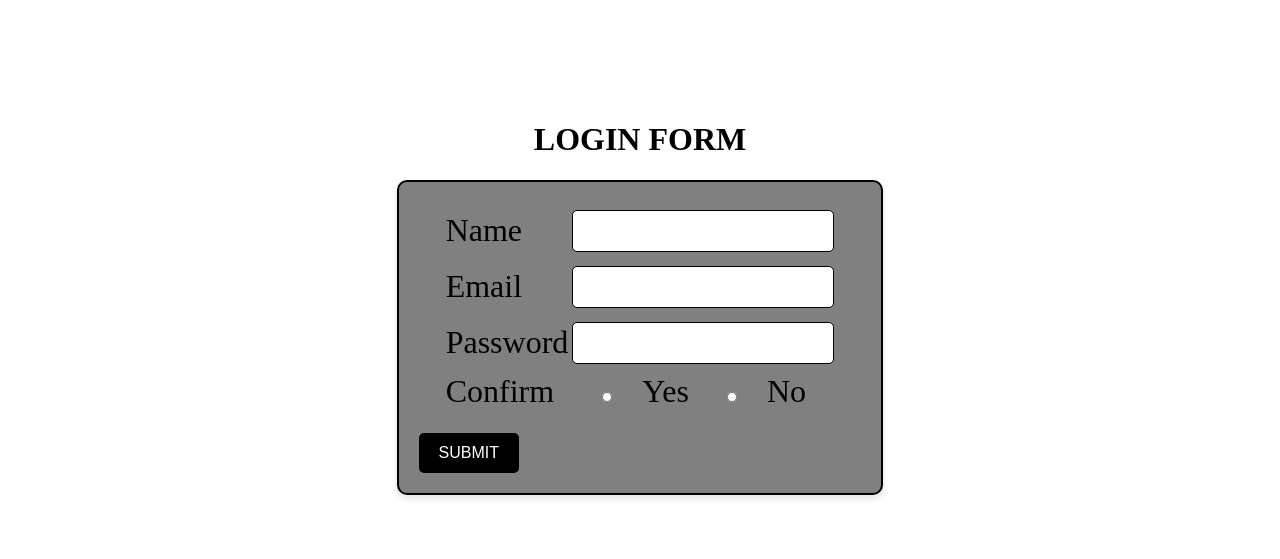
Repository: obusakthi539/Loginform
Page: Form.html
An editor plug-in stored every save of this project. The page is shown before and after the next save, followed by the edit.
The browser window is 1280 px wide. The pictures show the whole page.

Above is the page before, as saved 2025-01-10 18:30:38.

After the next save:
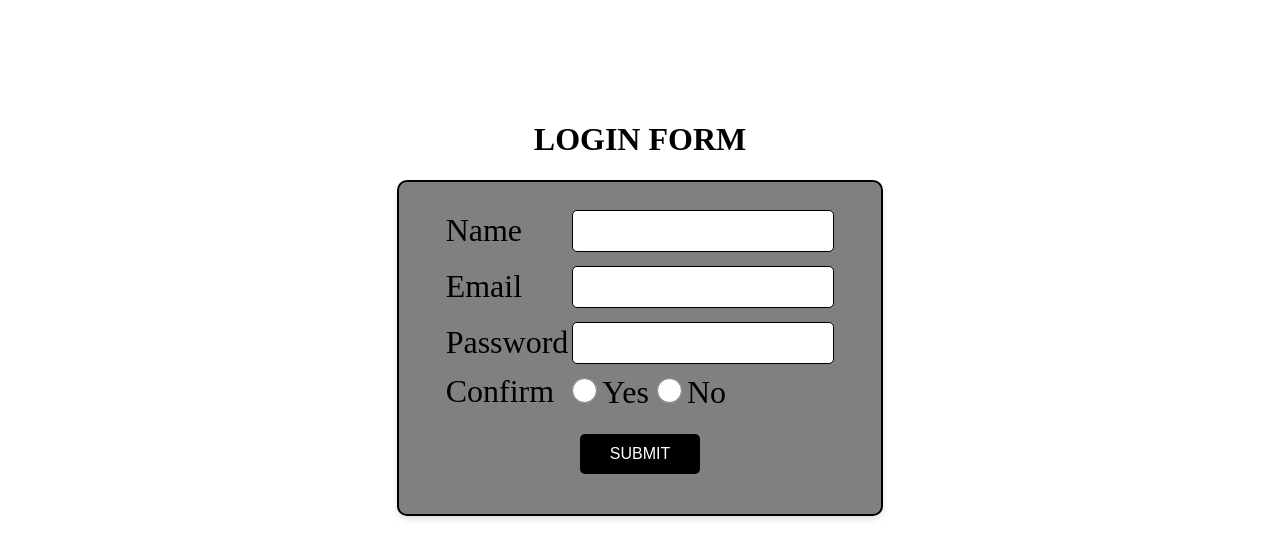
Saved 2 min 10 s later.
--- a/Form.html
+++ b/Form.html
@@ -32,13 +32,15 @@
             padding: 5px;
         }
         #i {
-            width: 70px;
-            height: 10px;
+            width: 25px; /* Increased width for radio buttons */
+            height: 25px; /* Increased height for radio buttons */
+            margin-right: 5px; /* Added spacing between Yes and No */
         }
         button {
-            width: 100px; /* Set a fixed width */
+            display: block; /* Block layout to center it */
+            margin: 20px auto; /* Center the button horizontally */
+            width: 120px; /* Set a fixed width */
             height: 40px; /* Set height for consistency */
-            margin: 20px auto 0; /* Center the button horizontally */
             background-color: black; /* Button color */
             color: white; /* Text color */
             border: none; /* Remove default border */
@@ -79,7 +81,7 @@
                     </td>
                 </tr>
             </table>
-            <button type="submit">SUBMIT</button> <!-- Moved inside the form -->
+            <button type="submit">SUBMIT</button>
         </form>
     </div>
 </body>
